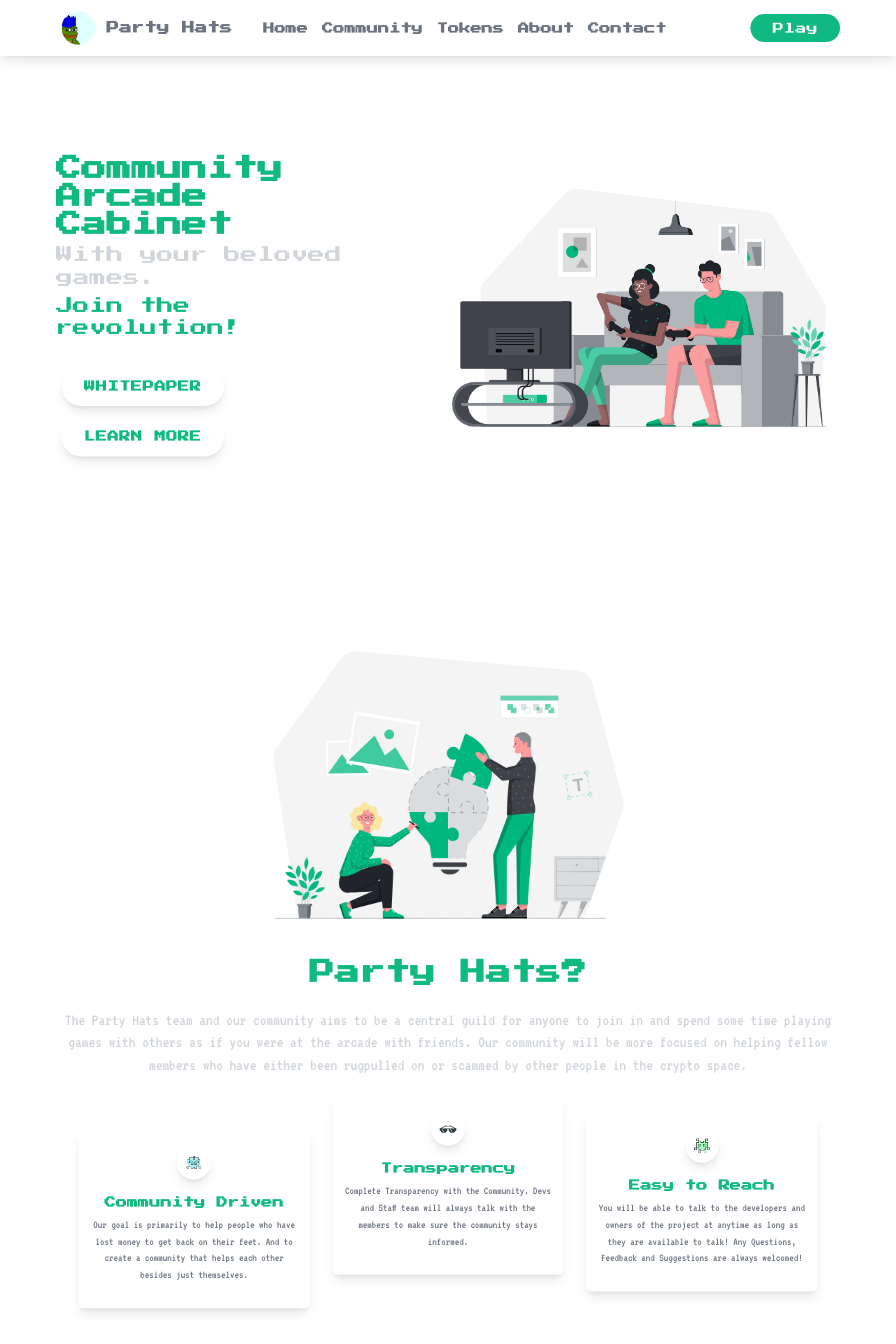
Repository: rhinorphan/phat-landing-page
Page: /
These files come from the project's save history. The page is drawn as it stood at one moment and after the next save; the edit follows.
The browser window is 1280 px wide. The pictures show the part of the page from y = 0 to 1920 px (the page is 4206 px tall), at 70% of full size.
The project was rebuilt for these pictures with package versions that can differ from the ones it lists, and the page was loaded fresh each time. Also part of the build but not shown: craco.config.js.

Above is the page before, as saved 2021-11-17 23:36:44.

After the next save:
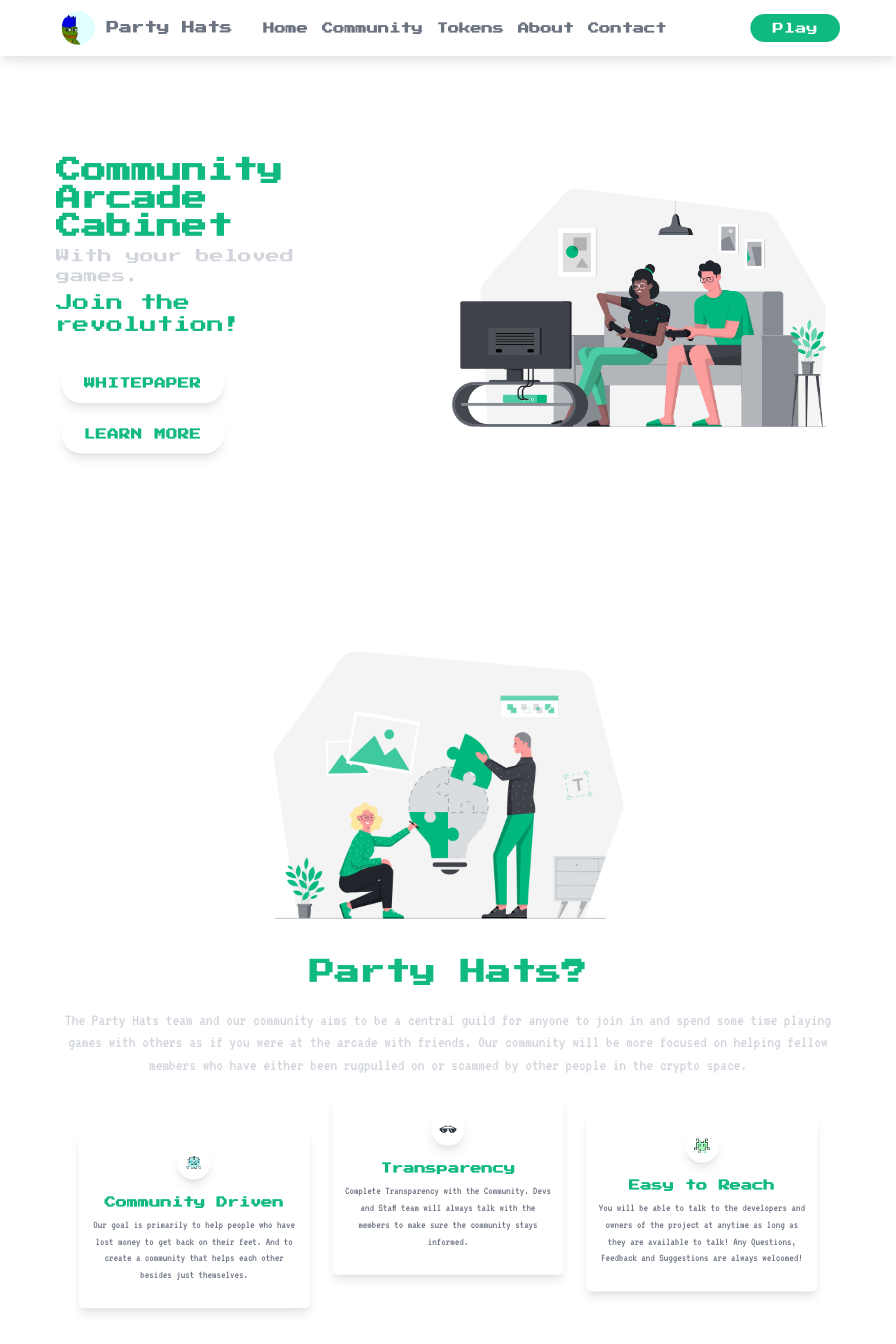
Saved 20 s later.
--- a/src/components/Landing.js
+++ b/src/components/Landing.js
@@ -8,7 +8,7 @@ function Landing() {
         <h2 class="text-4xl  font-bold mb-2 text-green-500">
           Community Arcade Cabinet
         </h2>
-        <h3 class="text-2xl mb-2 text-gray-300">
+        <h3 class="text-xl mb-2 text-gray-300">
         With your beloved games.
         </h3>
         <h3 class="text-2xl mb-8 text-green-500">
